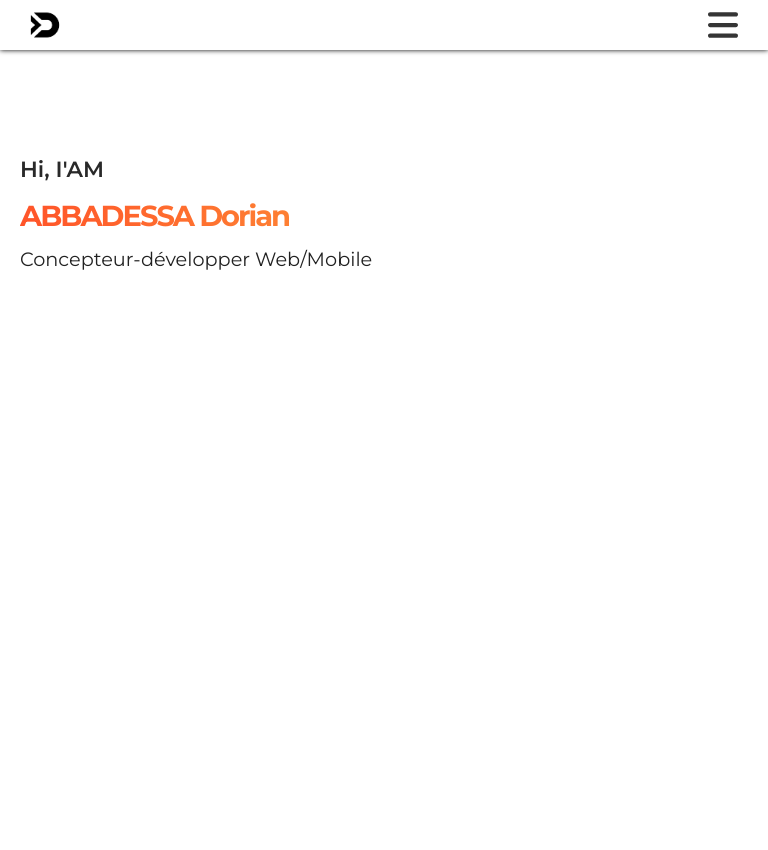
Repository: DorianABDS/Portfolio-ABBADESSA-Dorian
Page: index.html
These files come from the project's save history. The page is drawn as it stood at one moment and after the next save; the edit follows.
The browser window is 768 px wide. The pictures show the whole page.

Above is the page before, as saved 2024-11-26 20:33:24.

After the next save:
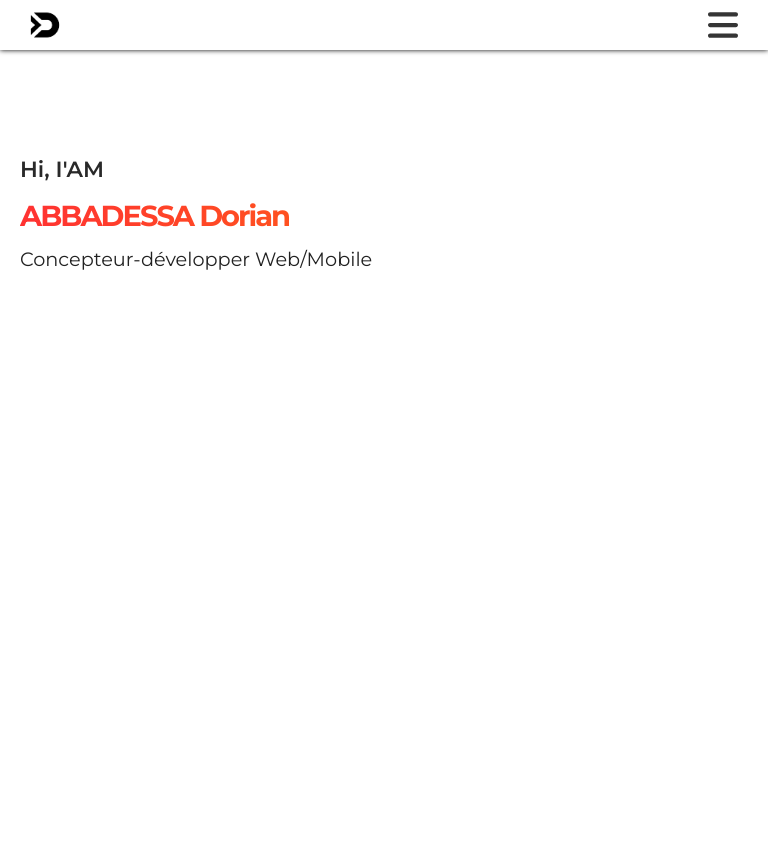
Saved 77 s later.
--- a/style.css
+++ b/style.css
@@ -162,7 +162,7 @@ html, body {
         /* color: #292929; */
         letter-spacing: -2px;
         font-weight: 700;
-        background: linear-gradient(90deg, rgba(255,84,41,1) 0%, rgba(252,204,69,1) 100%);        background-clip: text;
+        background: linear-gradient(90deg, rgba(255,50,50,1) 0%, rgba(255,136,0,1) 100%);
         -webkit-background-clip: text;
         -webkit-text-fill-color: transparent;
     }
